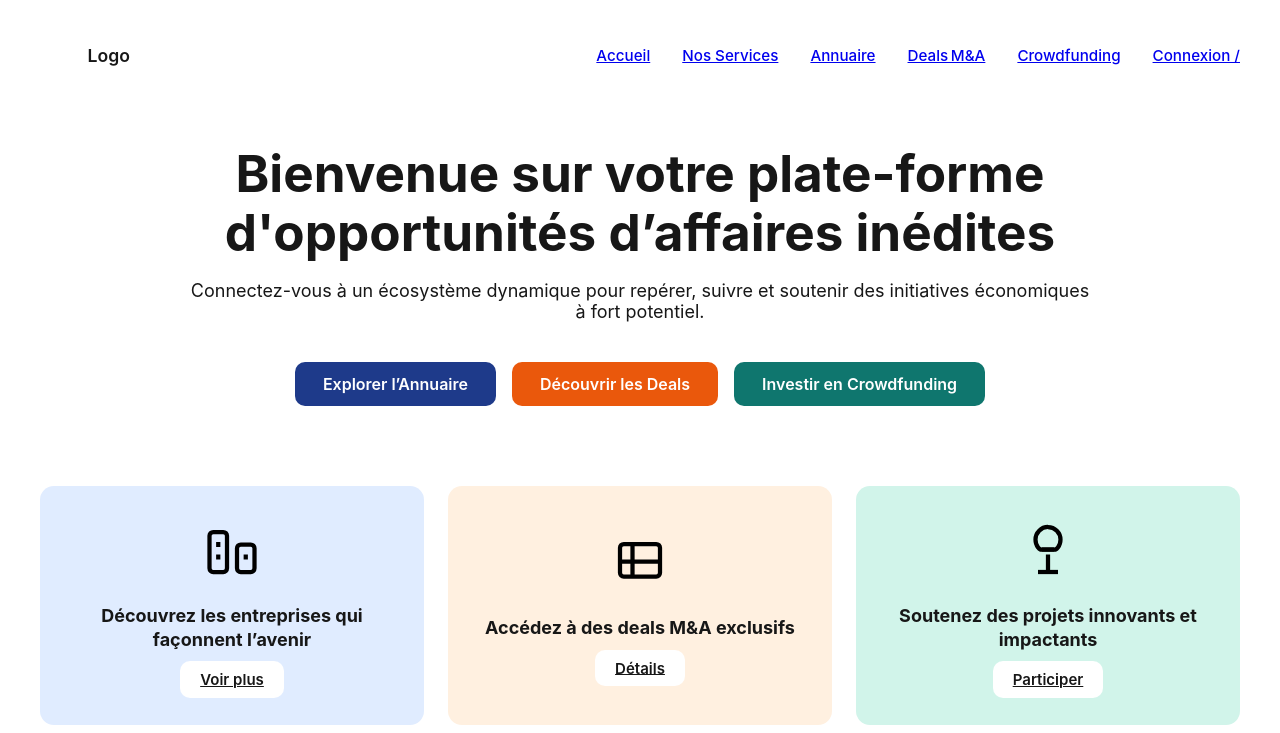
Repository: MFredy25/africa-fusion
Page: /home
The author's editor kept a copy of each file at every save. The page is drawn from the files as they stood at one save, then again after the next save.
The browser window is 1280 px wide. The pictures show the whole page.
The project was rebuilt for these pictures with package versions that can differ from the ones it lists, and the page was loaded fresh each time. The framework's server and built-in components were replaced by stand-ins that run in the browser. Also part of the build but not shown: next.config.js, next.config.ts.

Above is the page before, as saved 2025-06-08 16:18:55.

### src/app/home/page.tsx
//Premier deployement

import styles from "../../styles/hub.module.css";
import Link from "next/link";
import HubHeader from "../../components/HubHeader";

export default function HomePage() {
  return (
    <div className={styles.page}>
      <HubHeader />

      <section className={styles.hero}>
        <h1>
          Bienvenue sur votre plate-forme<br />
          d'opportunités d’affaires inédites
        </h1>

        <p>
          Connectez-vous à un écosystème dynamique pour repérer, suivre
          et soutenir des initiatives économiques à fort potentiel.
        </p>

        <div className={styles.actions}>
          <Link href="/annuaire" className={styles.primaryBtn}>
            Explorer l’Annuaire
          </Link>
          <Link href="/deals-m-a" className={styles.secondaryBtn}>
            Découvrir les Deals
          </Link>
          <Link href="/crowdfunding" className={styles.tertiaryBtn}>
            Investir en&nbsp;Crowdfunding
          </Link>
        </div>
      </section>

      <section className={styles.cards}>
        <div className={`${styles.card} ${styles.card1}`}>
          <div className={styles.cardContent}>
            <svg
              className={styles.icon}
              viewBox="0 0 24 24"
              fill="none"
              stroke="currentColor"
              strokeWidth="1.7"
            >
              <rect x="3" y="4" width="7" height="16" rx="1.5" />
              <rect x="14" y="9" width="7" height="11" rx="1.5" />
              <path d="M6.5 8v2M6.5 13v2M17.5 13v2" />
            </svg>
            <p className={styles.cardTitle}>
              Découvrez les entre­prises qui façonnent l’avenir
            </p>
            <Link href="/annuaire" className={styles.cardBtn}>
              Voir plus
            </Link>
          </div>
        </div>

        <div className={`${styles.card} ${styles.card2}`}>
          <div className={styles.cardContent}>
            <svg
              className={styles.icon}
              viewBox="0 0 24 24"
              fill="none"
              stroke="currentColor"
              strokeWidth="1.7"
            >
              <rect x="4" y="4" width="16" height="13" rx="1.5" />
              <path d="M4 11h16M9 4v13" />
            </svg>
            <p className={styles.cardTitle}>Accédez à des deals M&A exclusifs</p>
            <Link href="/deals-m-a" className={styles.cardBtn}>
              Détails
            </Link>
          </div>
        </div>

        <div className={`${styles.card} ${styles.card3}`}>
          <div className={styles.cardContent}>
            <svg
              className={styles.icon}
              viewBox="0 0 24 24"
              fill="none"
              stroke="currentColor"
              strokeWidth="1.7"
            >
              <path d="M12 2a5 5 0 0 1 5 5c0 3-2 4-2 4H9s-2-1-2-4a5 5 0 0 1 5-5Z" />
              <path d="M9.5 11h5" />
              <path d="M12 13v7" />
              <path d="M8 20h8" />
            </svg>
            <p className={styles.cardTitle}>
              Soutenez des projets innovants et impactants
            </p>
            <Link href="/crowdfunding" className={styles.cardBtn}>
              Participer
            </Link>
          </div>
        </div>
      </section>
    </div>
  );
}

### src/styles/hub.module.css
.page {
  font-family: "Inter", Arial, sans-serif;
  color: var(--text-primary);
  background: #ffffff;
  padding-inline: 1.5rem;
}

.navbar {
  display: flex;
  justify-content: space-between;
  align-items: center;
  padding-block: 1.75rem;
  max-width: 1200px;
  margin-inline: auto;
}

.logo {
  display: flex;
  align-items: center;
  gap: 0.6rem;
  font-weight: 600;
  font-size: 1.1rem;
}

.logoIcon {
  width: 38px;
  height: 38px;
  background: var(--blue);
  border-radius: 8px;
}

.navLinks {
  display: flex;
  gap: 2rem;
  font-size: 0.95rem;
  font-weight: 500;
}

/* ───────────── CONTAINER WRAPPER ───────────── */
.containerWrapper {
  max-width: 1300px;
  margin: 1.5rem auto; /* ↓ Espacement réduit ici */
  padding: 3rem 2.5rem;
  background: #f3f4f6;
  border-radius: 20px;
  box-shadow: 0 15px 45px rgba(0, 0, 0, 0.08);
}

/* ───────────── HERO ───────────── */
.hero {
  text-align: center;
  max-width: 900px;
  margin-inline: auto;
}

.hero h1 {
  font-size: clamp(2rem, 4.2vw, 3.2rem);
  line-height: 1.15;
  font-weight: 700;
  margin-bottom: 1rem;
}

.hero p {
  font-size: 1.125rem;
  color: var(--text-muted);
  margin-bottom: 2.5rem;
}

.actions {
  display: flex;
  flex-wrap: wrap;
  justify-content: center;
  gap: 1rem;
  margin-bottom: 3.5rem;
}

.primaryBtn,
.secondaryBtn,
.tertiaryBtn {
  padding: 0.75rem 1.75rem;
  border: none;
  border-radius: 10px;
  font-weight: 600;
  font-size: 1rem;
  color: #ffffff;
  cursor: pointer;
  text-decoration: none;
}

.primaryBtn {
  background: #1e3a8a;
}

.secondaryBtn {
  background: #ea580c;
}

.tertiaryBtn {
  background: #0f766e;
}

/* ───────────── CARDS ───────────── */
.cards {
  display: flex;
  flex-wrap: nowrap;
  justify-content: space-between;
  gap: 1.5rem;
  max-width: 1200px;
  margin: 5rem auto 0;
}

.card {
  flex: 1 1 30%;
  max-width: 30%;
  display: flex;
  justify-content: center;
}

.card1 {
  background: #e0ecff;
  border-radius: 14px;
  padding: 2.25rem 1.25rem;
  text-align: center;
  display: flex;
  flex-direction: column;
  align-items: center;
  gap: 1.6rem;
}

.card2 {
  background: #fff0e0;
  border-radius: 14px;
  padding: 2.25rem 1.25rem;
  text-align: center;
  display: flex;
  flex-direction: column;
  align-items: center;
  gap: 1.6rem;
}

.card3 {
  background: #d1f4ea;
  border-radius: 14px;
  padding: 2.25rem 1.25rem;
  text-align: center;
  display: flex;
  flex-direction: column;
  align-items: center;
  gap: 1.6rem;
}

.icon {
  width: 60px;
  height: 60px;
}

.cardTitle {
  font-size: 1.125rem;
  font-weight: 700;
  line-height: 1.3;
}

.cardBtn {
  margin-top: auto;
  background: #ffffff;
  color: var(--text-primary);
  border: none;
  border-radius: 10px;
  padding: 0.55rem 1.25rem;
  font-size: 0.94rem;
  font-weight: 600;
  cursor: pointer;
}

/* ───────────── Responsive tweak ───────────── */
@media (max-width: 768px) {
  .card {
    flex: 1 1 100%;
    max-width: none;
  }

  .cards {
    flex-direction: column;
    align-items: center;
  }
}

@media (max-width: 480px) {
  .navLinks {
    gap: 1rem;
    font-size: 0.85rem;
  }

  .actions {
    flex-direction: column;
  }
}

.icon {
  width: 60px;
  height: 60px;
  color: #000000;
}

### src/components/HubHeader.tsx
"use client";

import Link from "next/link";
import styles from "../styles/hub.module.css";

export default function HubHeader() {
  return (
    <header className={styles.navbar}>
      <div className={styles.logo}>
        <span className={styles.logoIcon} />
        <span>Logo</span>
      </div>

      <nav className={styles.navLinks}>
        <Link href="/home">Accueil</Link>
        <Link href="/services">Nos Services</Link>
        <Link href="/annuaire">Annuaire</Link>
        <Link href="/deals-m-a">Deals M&A</Link>
        <Link href="/crowdfunding">Crowdfunding</Link>
        <Link href="/connexion">Connexion /</Link>
      </nav>
    </header>
  );
}

Loaded but not shown: src/app/layout.tsx (common file); src/app/globals.css (common file)

After the next save:
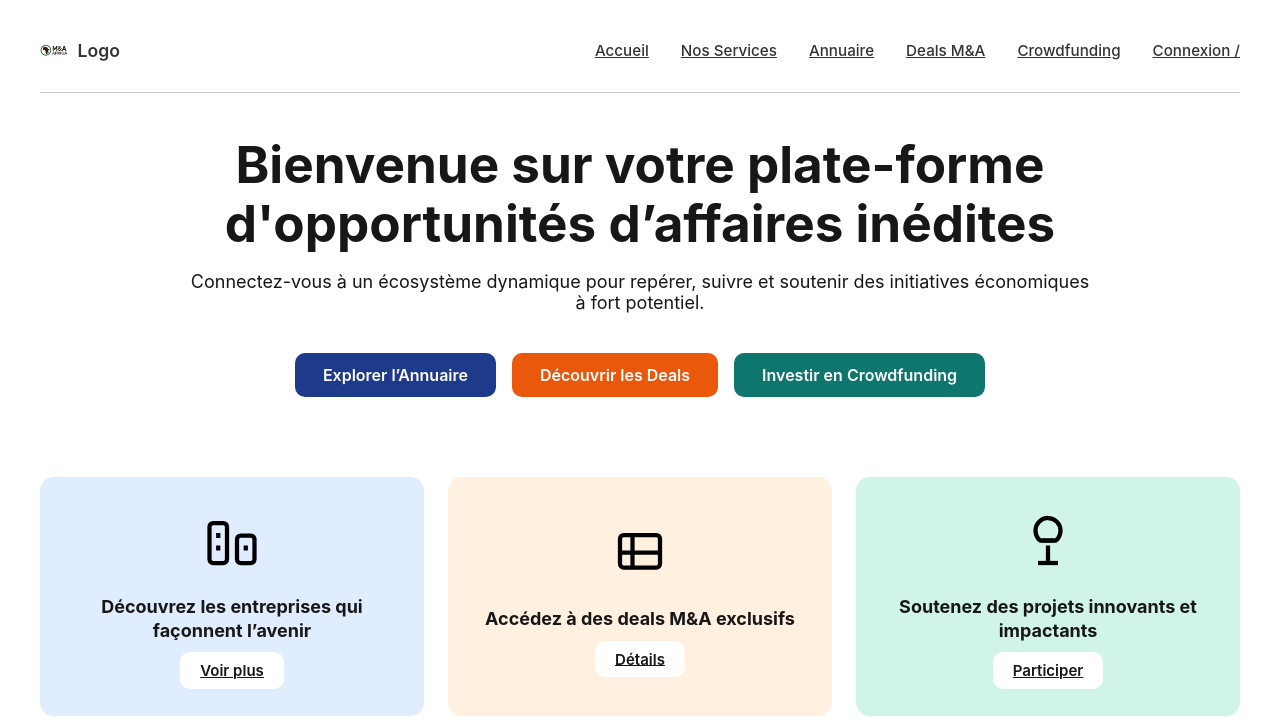
Saved 13 min 43 s later.
--- a/src/components/HubHeader.tsx
+++ b/src/components/HubHeader.tsx
@@ -1,23 +1,67 @@
-"use client";
+'use client';
 
-import Link from "next/link";
-import styles from "../styles/hub.module.css";
+import { useEffect, useState } from 'react';
+import Link from 'next/link';
+import Image from 'next/image';
+import styles from '../styles/hub.module.css';
 
 export default function HubHeader() {
+  /* ─── Thème clair / sombre détecté depuis l’OS ─── */
+  const [isDark, setIsDark] = useState(false);
+
+  useEffect(() => {
+    const media = window.matchMedia('(prefers-color-scheme: dark)');
+    const apply = () => setIsDark(media.matches);
+    apply();
+    media.addEventListener('change', apply);
+    return () => media.removeEventListener('change', apply);
+  }, []);
+
+  const colors = {
+    bg: isDark ? '#1a1a1a' : '#ffffff',
+    text: isDark ? '#e0e0e0' : '#333333',
+    border: isDark ? '#444' : '#ccc',
+  };
+
   return (
-    <header className={styles.navbar}>
-      <div className={styles.logo}>
-        <span className={styles.logoIcon} />
+    <header
+      className={styles.navbar}
+      style={{
+        background: colors.bg,
+        color: colors.text,
+        borderBottom: `1px solid ${colors.border}`,
+      }}
+    >
+      <div className={styles.logo} style={{ color: colors.text }}>
+        <Image
+          src="/images/fusion_africa.png"
+          alt="Logo"
+          width={28}
+          height={28}
+          style={{ objectFit: 'contain' }}
+        />
         <span>Logo</span>
       </div>
 
-      <nav className={styles.navLinks}>
-        <Link href="/home">Accueil</Link>
-        <Link href="/services">Nos Services</Link>
-        <Link href="/annuaire">Annuaire</Link>
-        <Link href="/deals-m-a">Deals M&A</Link>
-        <Link href="/crowdfunding">Crowdfunding</Link>
-        <Link href="/connexion">Connexion /</Link>
+      <nav className={styles.navLinks} style={{ color: colors.text }}>
+        <Link href="/home" style={{ color: 'inherit' }}>
+          Accueil
+        </Link>
+        <Link href="/services" style={{ color: 'inherit' }}>
+          Nos Services
+        </Link>
+        <Link href="/annuaire" style={{ color: 'inherit' }}>
+          Annuaire
+        </Link>
+        <Link href="/deals-m-a" style={{ color: 'inherit' }}>
+          Deals M&A
+        </Link>
+        <Link href="/crowdfunding" style={{ color: 'inherit' }}>
+          Crowdfunding
+        </Link>
+        <Link href="/connexion" style={{ color: 'inherit' }}>
+          Connexion /
+        </Link>
       </nav>
     </header>
   );
